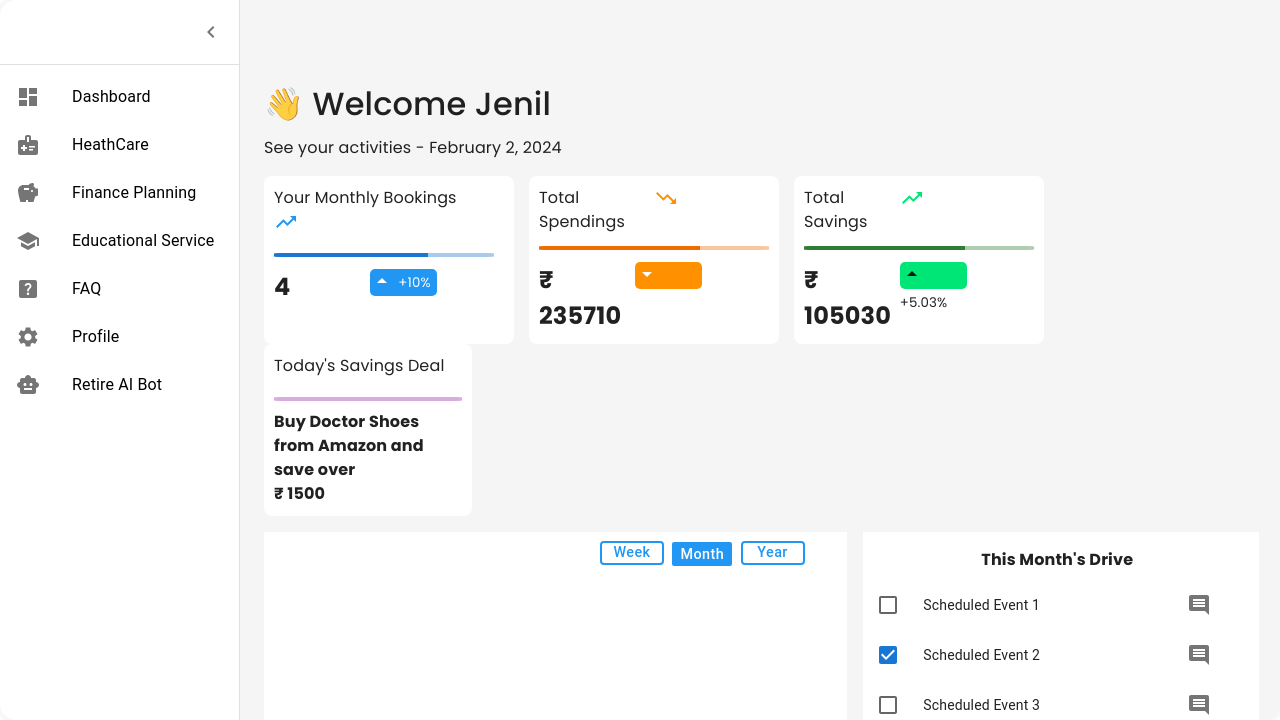
Repository: shubhampirate/Google_Solutions_Edural
Page: /dashboard
An editor plug-in stored every save of this project. The page is shown before and after the next save, followed by the edit.
The browser window is 1280 px wide. The pictures show the whole page.
The page's requests for data from a server got no answer. An inner scrolling area shows only its first screen. The project was rebuilt for these pictures with package versions that can differ from the ones it lists, and the page was loaded fresh each time. Some packages were replaced by stand-ins written for this rebuild. No one was signed in, and anything a server would have sent is missing. Also part of the build but not shown: src/Components/CustomButton.jsx, src/Components/Navbar.jsx, src/Components/Footer.jsx, src/Components/CongratsCard.jsx, src/pages/Hero/Hero.jsx, src/pages/Sign_in.jsx.

Above is the page before, as saved 2024-02-03 17:26:52.

After the next save:
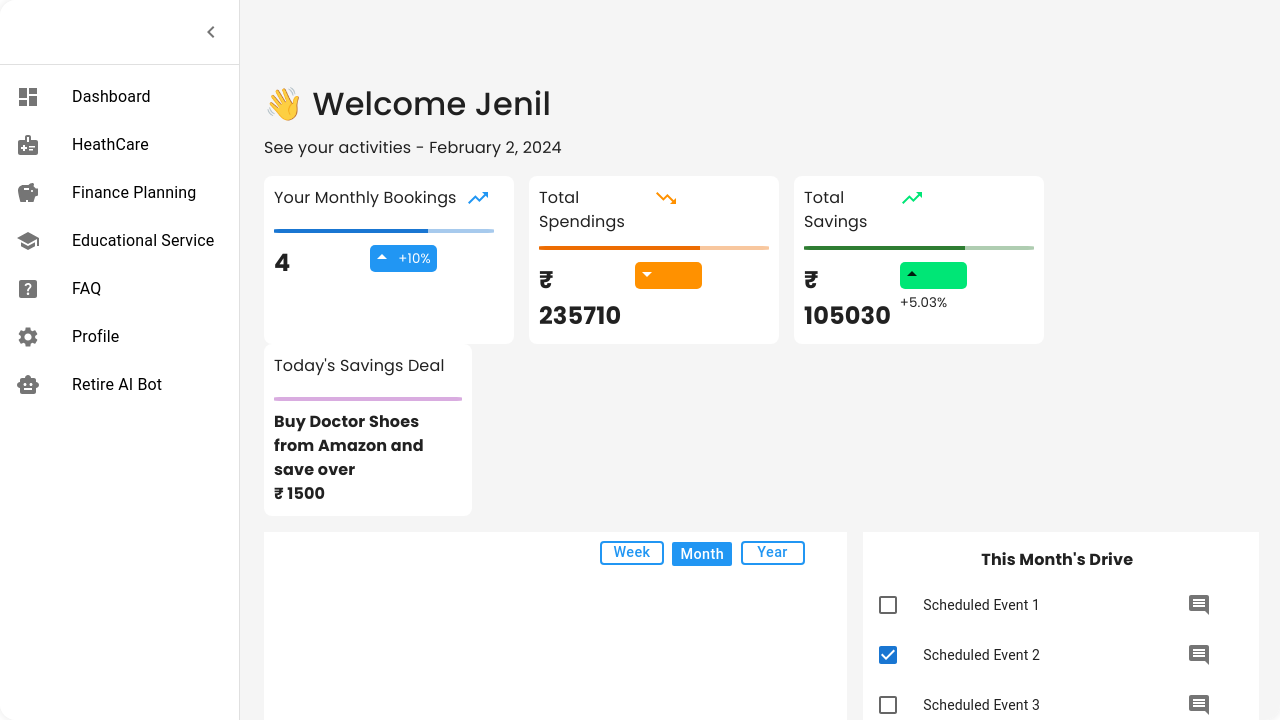
Saved 7 s later.
--- a/src/pages/Dashboard/Dashboard.jsx
+++ b/src/pages/Dashboard/Dashboard.jsx
@@ -320,7 +320,7 @@ export default function Dashboard() {
               <Grid item xs={12}>
                 <Grid container>
                   <Grid item xs={10}><div>Your Monthly Bookings</div></Grid>
-                  <Grid item xs={4}><TrendingUpIcon sx={{ color: "#2196f3" }} /></Grid>
+                  <Grid item xs={2}><TrendingUpIcon sx={{ color: "#2196f3" }} /></Grid>
                 </Grid>
                 <Grid item xs={12}>
                   <LinearProgress variant="determinate" value={70} sx={{ color: "#2196f3", borderRadius: "10%", margin: "12px 10px 12px 0px" }} />
